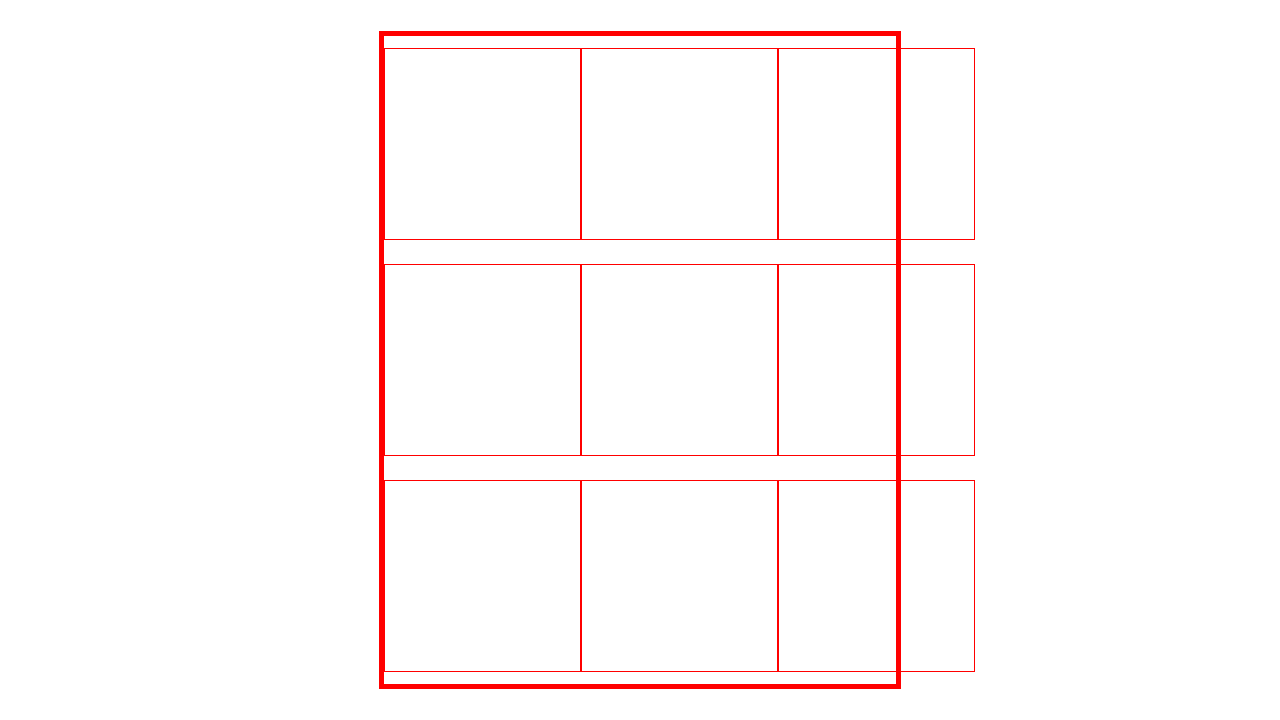
Repository: kocokoy/TOP-tic-tac-toe
Page: index.html
The author's editor kept a copy of each file at every save. The page is drawn from the files as they stood at one save, then again after the next save.
The browser window is 1280 px wide. The pictures show the whole page.

Above is the page before, as saved 2024-11-07 14:48:40.

### index.html
<!DOCTYPE html>
<html lang="en">
<head>
  <meta charset="UTF-8">
  <meta name="viewport" content="width=device-width, initial-scale=1.0">
  <link rel="stylesheet" href="/styles/style.css">
  <title>Document</title>
</head>
<body>
 <div class='container'>
  <div class="gameboard">

  </div>
 </div>
<script src="/javascripts/scripts.js"></script>
</body>
</html>

### styles/style.css
body{
  padding: 0;
  margin: 0;
  height: 100vh;
  font-family: Arial, Helvetica, sans-serif;
}
.container{
  height:100%;
  display: flex;
  justify-content: center;
  align-items: center;
}
.gameboard{
  display: grid;
  grid-template-columns: 1fr 1fr 1fr;
  justify-items: center;
  align-items: center;
  border: 5px solid red;
  width: 40%;
  height: 90%;
}
.gameboard div{
  border: 1px solid red;
  height:190px;
  width: 195px;
  cursor: pointer;
  color: tomato;
  display: flex;
  justify-content: center;
  align-items: center;
  font-size: 10rem;
}

### javascripts/scripts.js
const gameBoardElement = document.querySelector('.gameboard');

const gameBoard = {
  gameBoard : ['','','','','','','','','']
}
const players = {
  player1: 'X',
  player2: 'O',
}

startGame();

function startGame(){
  createGameBoard();
  gameBoardBoxClicked();
}

function createGameBoard(){
  for(let i = 0; i < 9; i++){
    const div = document.createElement('div');
    div.setAttribute('data-id',i);
    gameBoardElement.appendChild(div);
  }
}

function gameBoardBoxClicked(){
  gameBoardElement.addEventListener('click', (e) => {
    const boxClicked = e.target;
    boxClicked.textContent = 'X'
  })
}

After the next save:
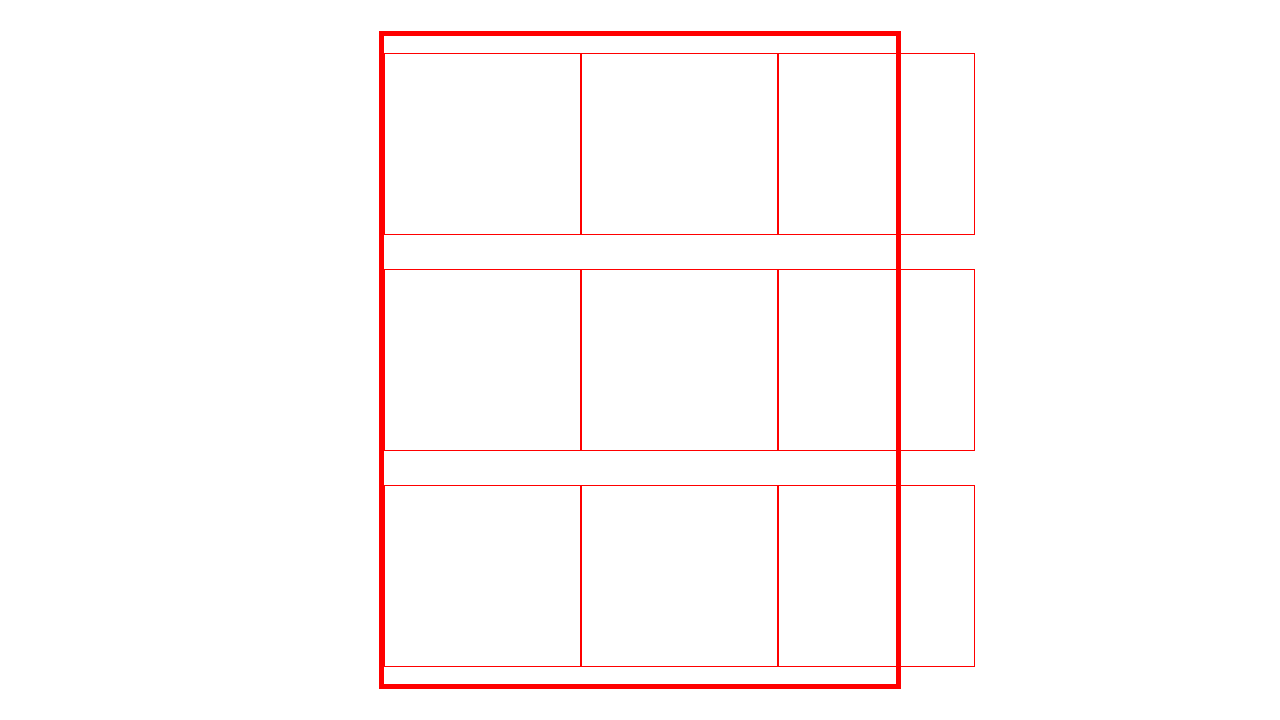
Saved 6 s later.
--- a/styles/style.css
+++ b/styles/style.css
@@ -21,7 +21,7 @@ body{
 }
 .gameboard div{
   border: 1px solid red;
-  height:190px;
+  height:180px;
   width: 195px;
   cursor: pointer;
   color: tomato;
